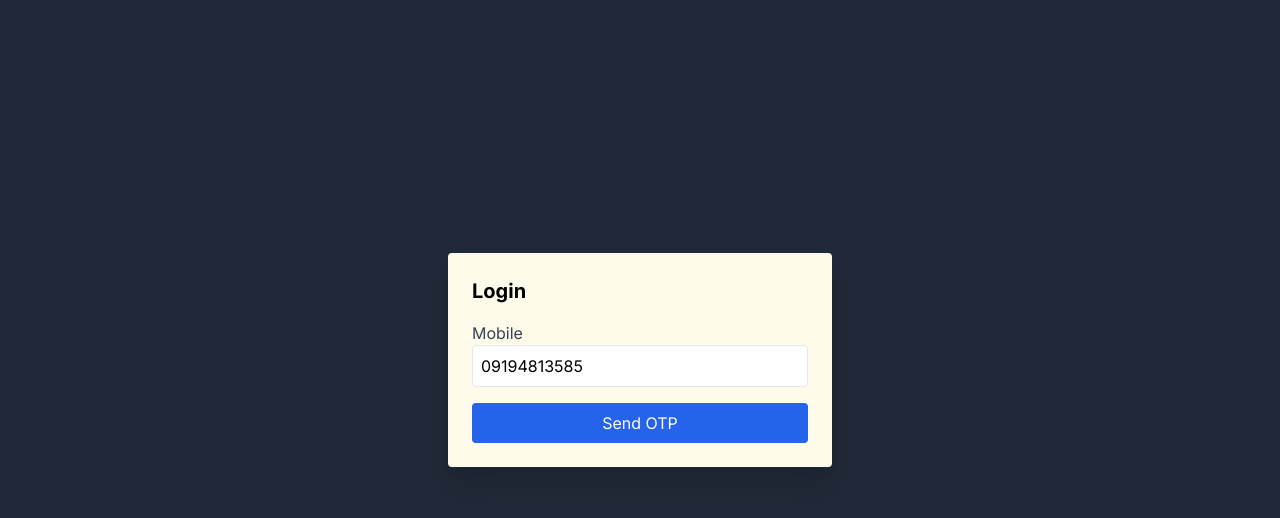
Repository: MaramMaryam/jedu
Page: /otp-login
These files come from the project's save history. The page is drawn as it stood at one moment and after a run of saves; the edit follows.
The browser window is 1280 px wide. The pictures show the whole page.
The project was rebuilt for these pictures with package versions that can differ from the ones it lists, and the page was loaded fresh each time. The framework's server and built-in components were replaced by stand-ins that run in the browser. Also part of the build but not shown: next.config.mjs.

Above is the page before, as saved 2024-09-01 13:30:55.

After the next 5 saves:
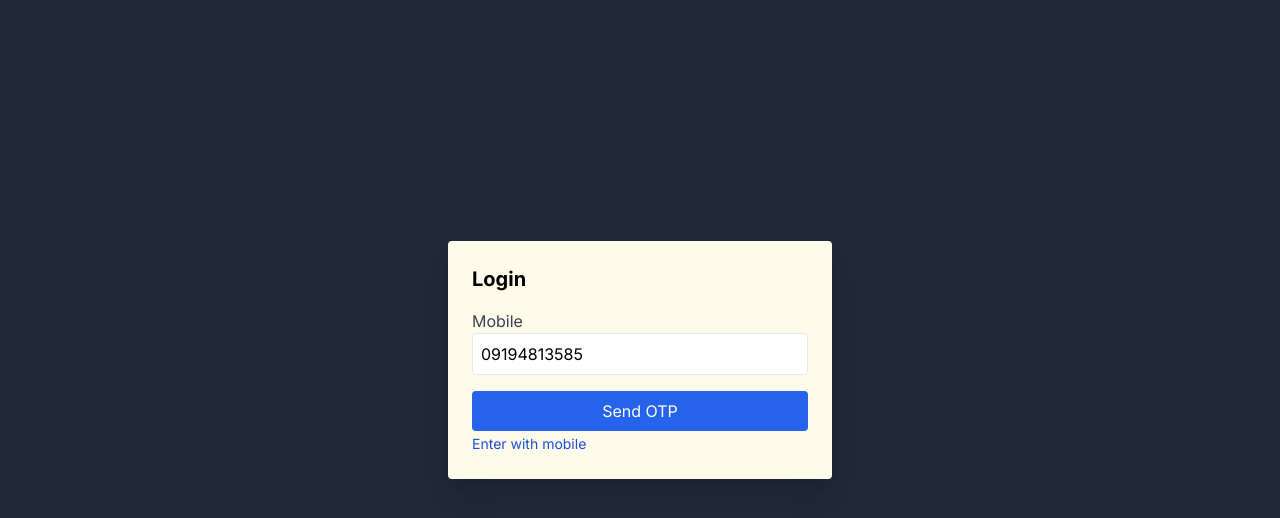
The 5 saves are shown as one change because 1 did not build or start and some came seconds apart.
The last was saved 44 s later.
--- a/src/app/otp-login/page.tsx
+++ b/src/app/otp-login/page.tsx
@@ -66,6 +66,7 @@ import { TextInputBox } from '../components/forms/TextInputBox'; // Ensure this
 import { loginOtpSchema } from "./validation"; // Ensure this schema is defined
 import { useRouter } from "next/navigation";
 import { Routes } from "../utils/endPoinrs";
+import Link from "next/link";
 // Ensure this is the correct path
 
 interface Otp {
@@ -133,6 +134,7 @@ export default function LoginOtp() {
             >
               {otpSent ? 'Verify OTP' : 'Send OTP'}
             </button>
+          <Link href={Routes.auth.LOGIN} className="text-sm text-blue-700 "> Enter with mobile </Link>
           </Form>
         )}
       </Formik>
